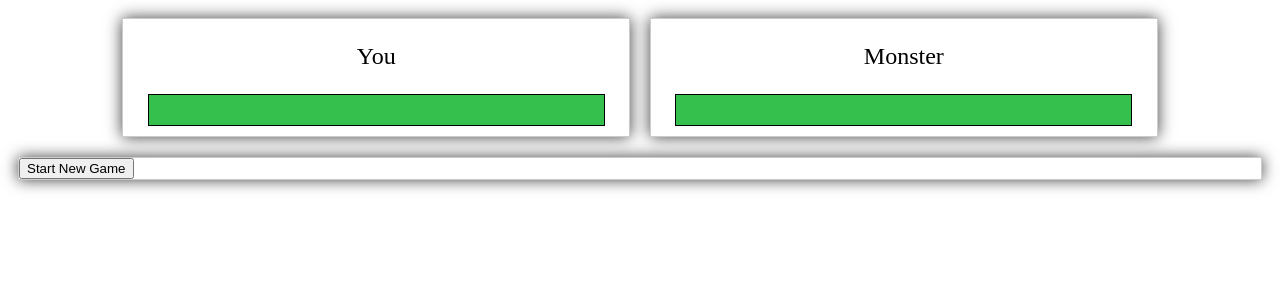
Repository: jakublack/game-fight-vue
Page: /
An editor plug-in stored every save of this project. The page is shown before and after the next save, followed by the edit.
The browser window is 1280 px wide. The pictures show the whole page.
The project was rebuilt for these pictures with package versions that can differ from the ones it lists, and the page was loaded fresh each time.

Above is the page before, as saved 2018-08-08 20:49:19.

After the next save:
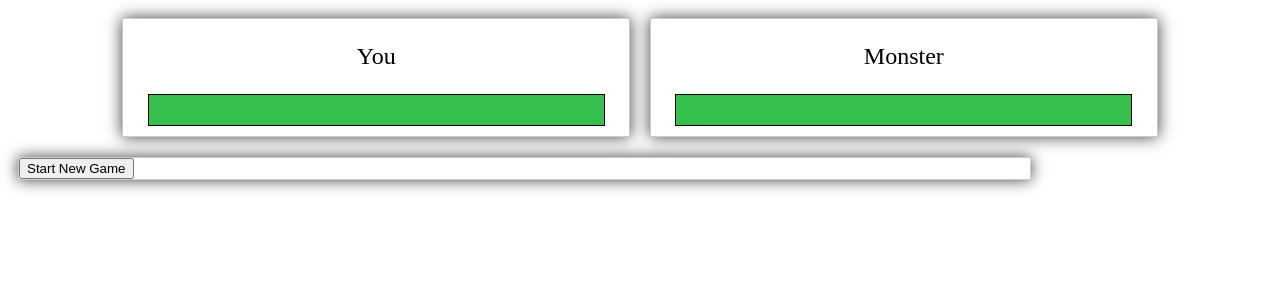
Saved 10 s later.
--- a/src/components/Game.vue
+++ b/src/components/Game.vue
@@ -54,6 +54,7 @@ export default {
   border: 1px solid #000;
 }
 .wrapper-action {
+  width: 80%;
   margin: 10px;
   border: 1px solid #ccc;
   box-shadow: 0px 0px 15px 0px rgba(0,0,0,0.75);
